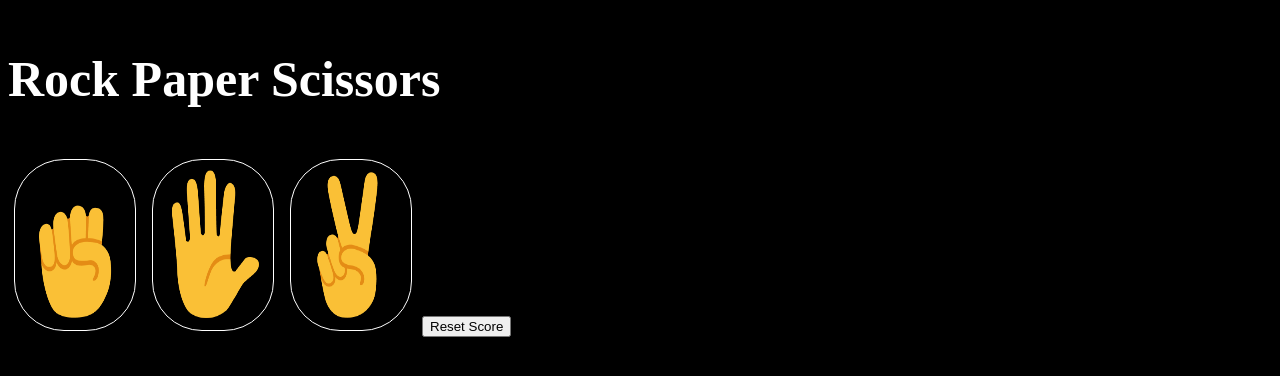
Repository: pgyunknown/Rock_paper_scissors-
Page: index.html
An editor plug-in stored every save of this project. The page is shown before and after the next save, followed by the edit.
The browser window is 1280 px wide. The pictures show the whole page.

Above is the page before, as saved 2024-08-30 17:04:42.

### index.html

<!DOCTYPE html>
<html>
  <head>
    <title>Rock Paper Scissors</title>
    <link rel="stylesheet" href="index.css">
  </head>
  <body>
    <p class="title">Rock Paper Scissors</p>
    <button onclick="
      playGame('rock');
    "class="emoji"><img src="images/rock-emoji.png" alt=""></button>

    <button onclick="
      playGame('paper');
    " class="emoji"><img src="images/paper-emoji.png" alt=""></button>

    <button onclick="
      playGame('scissors');
    " class="emoji"><img src="images/scissors-emoji.png" alt=""></button>

    <button onclick="
      score.wins = 0;
      score.losses = 0;
      score.ties = 0;
      localStorage.removeItem('score');
    ">Reset Score</button>

    <script src="index.js">

    </script>
  </body>
</html>

### index.css
body{
  background-color: black;
  color: white;
}
.title{
  font-size: 50px;
  font-weight: bold;
}

button img{
  height: 150px;
  width: 100px;
  background-color: black;
  border: 1px solid white;
  border-radius: 50px;
  padding: 10px;
}
.emoji{
  background-color: black;
  border: none;
}

### index.js
      let score = JSON.parse(localStorage.getItem('score')) || {
        wins: 0,
        losses: 0,
        ties: 0
      };

      function pickComputerMove() {
        const randomNumber = Math.random();

        let computerMove = '';

        if (randomNumber >= 0 && randomNumber < 1 / 3) {
          computerMove = 'rock';
        } else if (randomNumber >= 1 / 3 && randomNumber < 2 / 3) {
          computerMove = 'paper';
        } else if (randomNumber >= 2 / 3 && randomNumber < 1) {
          computerMove = 'scissors';
      }

        return computerMove;
      }
      function playGame(playerMove) {
        const computerMove = pickComputerMove();

        let result = '';

        if (playerMove === 'scissors') {
          if (computerMove === 'rock') {
            result = 'You lose.';
          } else if (computerMove === 'paper') {
            result = 'You win.';
          } else if (computerMove === 'scissors') {
            result = 'Tie.';
          }

        } else if (playerMove === 'paper') {
          if (computerMove === 'rock') {
            result = 'You win.';
          } else if (computerMove === 'paper') {
            result = 'Tie.';
          } else if (computerMove === 'scissors') {
            result = 'You lose.';
          }

        } else if (playerMove === 'rock') {
          if (computerMove === 'rock') {
            result = 'Tie.';
          } else if (computerMove === 'paper') {
            result = 'You lose.';
          } else if (computerMove === 'scissors') {
            result = 'You win.';
          }
        }

        if (result === 'You win.') {
          score.wins += 1;
        } else if (result === 'You lose.') {
          score.losses += 1;
        } else if (result === 'Tie.') {
          score.ties += 1;
        }

        localStorage.setItem('score', JSON.stringify(score));

        alert(`You picked ${playerMove}. Computer picked ${computerMove}. ${result}
Wins: ${score.wins}, Losses: ${score.losses}, Ties: ${score.ties}`);
      }

After the next save:
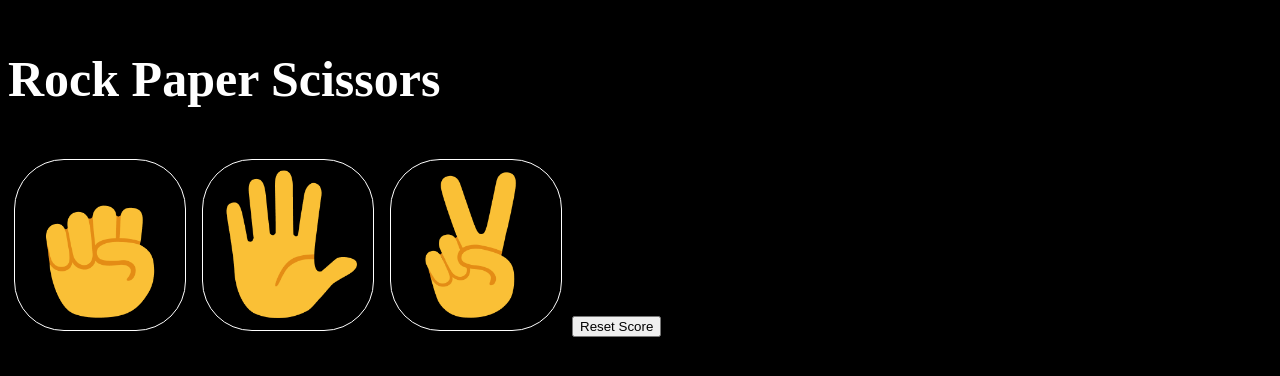
Saved 6 s later.
--- a/index.css
+++ b/index.css
@@ -9,7 +9,7 @@ body{
 
 button img{
   height: 150px;
-  width: 100px;
+  width: 150px;
   background-color: black;
   border: 1px solid white;
   border-radius: 50px;
